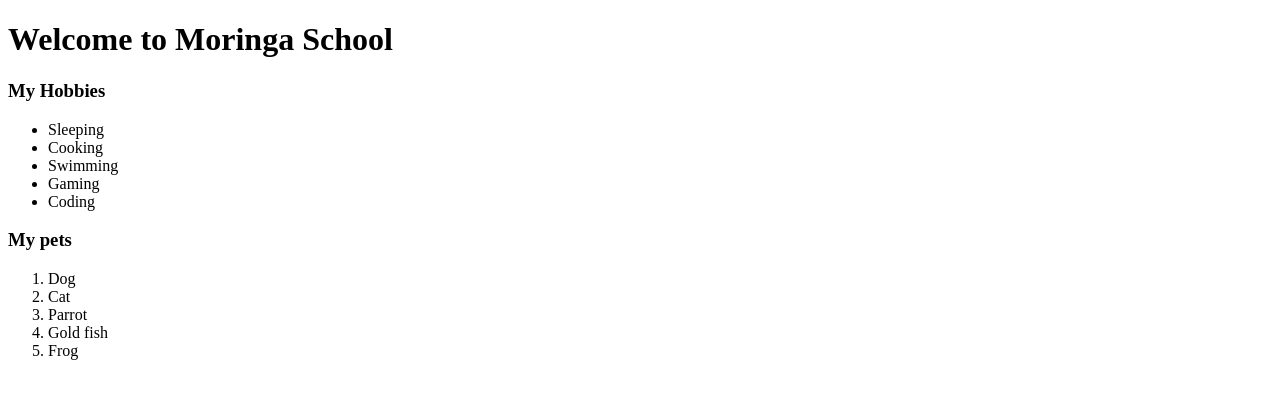
Repository: luckyantony/example
Page: index.html
These files come from the project's save history. The page is drawn as it stood at one moment and after the next save; the edit follows.
The browser window is 1280 px wide. The pictures show the whole page.

Above is the page before, as saved 2025-02-17 11:14:22.
Not found: style.css

After the next save:
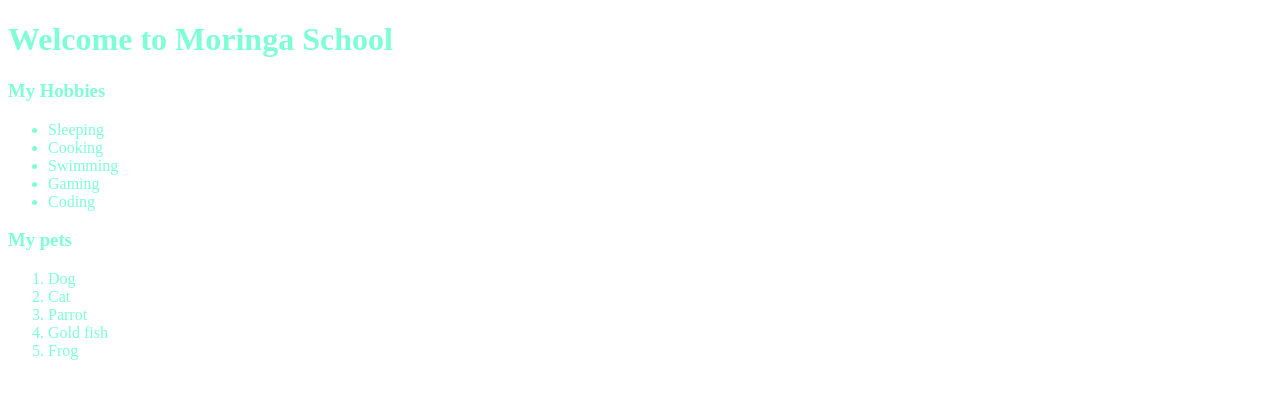
Saved 92 s later.
--- a/index.html
+++ b/index.html
@@ -4,7 +4,7 @@
     <meta charset="UTF-8">
     <meta name="viewport" content="width=device-width, initial-scale=1.0">
     <title>my first website</title>
-    <link rel="stylesheet" href="style.css">
+    <link rel="stylesheet" href="css/style.css">
 </head>
 <body>
     <h1>Welcome to Moringa School</h1>
